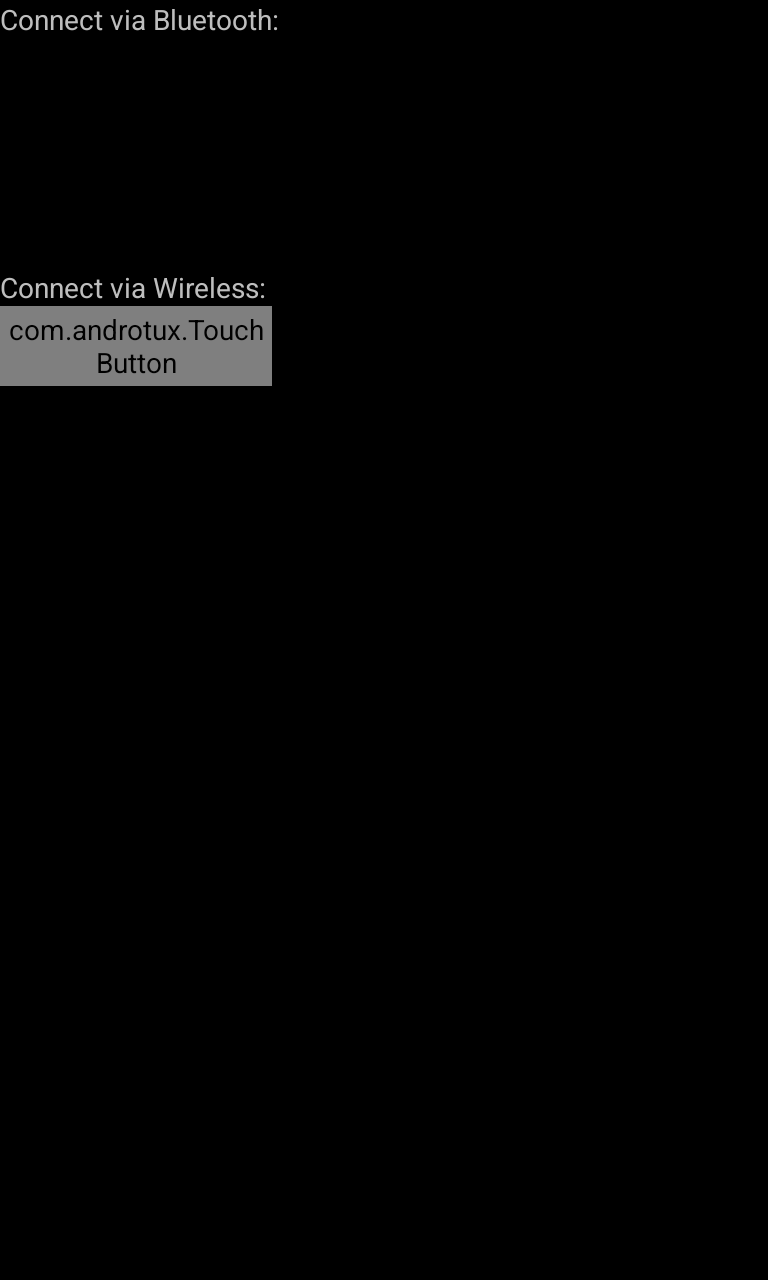
Repository: itayrom/androtux
Layout: app/AndroTux/res/layout/fragment_settings.xml
These files come from the project's save history. The layout is drawn as it stood at one moment and after the next save; the edit follows.
Pictures or frames that could not be fetched are drawn as grey boxes. It is drawn on a 768 x 1280 px phone screen (xhdpi) without system bars, with theme android:Theme.NoTitleBar.Fullscreen; the app's code is not run. Lists and similar views that code fills are empty.

Above is the layout before, as saved 2014-09-04 23:06:02.

### app/AndroTux/res/layout/fragment_settings.xml
<!--
  Android Remote for Tux (AndroTux)
  Copyright (C) 2014 Itay Rom <1t4yr0m@gmail.com> Tal Sabo <tal.sabo@gmail.com>

  This program is free software: you can redistribute it and/or modify
  it under the terms of the GNU General Public License as published by
  the Free Software Foundation, either version 3 of the License, or
  (at your option) any later version.

  This program is distributed in the hope that it will be useful,
  but WITHOUT ANY WARRANTY; without even the implied warranty of
  MERCHANTABILITY or FITNESS FOR A PARTICULAR PURPOSE.  See the
  GNU General Public License for more details.

  You should have received a copy of the GNU General Public License
  along with this program.  If not, see <http://www.gnu.org/licenses/>.
-->
<LinearLayout xmlns:android="http://schemas.android.com/apk/res/android"
    android:layout_width="fill_parent"
    android:layout_height="fill_parent"
    android:orientation="vertical" >

    <TextView
        android:layout_width="fill_parent"
        android:layout_height="wrap_content"
        android:text="Connect via Bluetooth:"/>

    <ListView
        android:id="@+id/lvPaired"
        android:layout_width="match_parent"
        android:layout_height="100dp">
    </ListView>

    <TextView
        android:layout_width="fill_parent"
        android:layout_height="wrap_content"
        android:layout_marginTop="15dp"
        android:text="Connect via Wireless:"/>

    <com.androtux.TouchButton
        android:id="@+id/touchButton1"
        android:layout_width="136dp"
        android:layout_height="40dp"
        android:text="Connect" />

</LinearLayout>

After the next save:
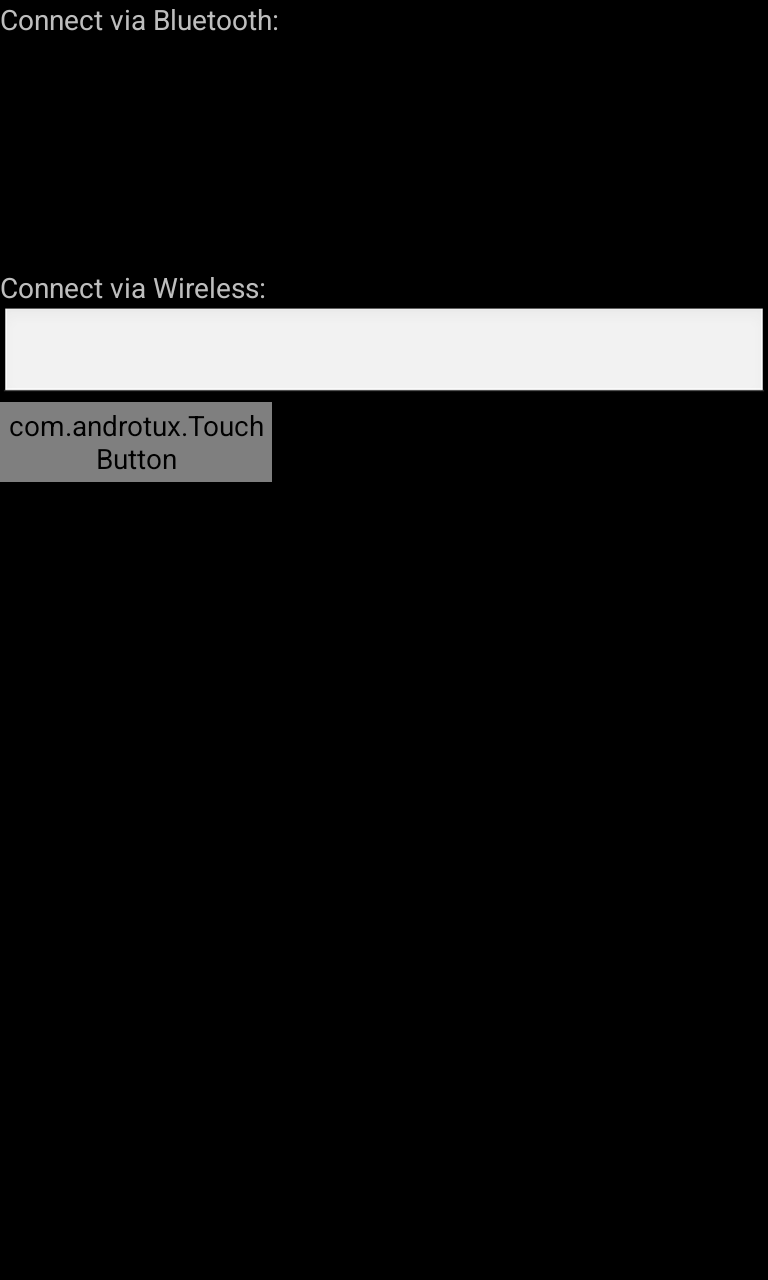
Saved 70 s later.
--- a/app/AndroTux/res/layout/fragment_settings.xml
+++ b/app/AndroTux/res/layout/fragment_settings.xml
@@ -37,6 +37,13 @@
         android:layout_marginTop="15dp"
         android:text="Connect via Wireless:"/>
 
+    <EditText
+        android:id="@+id/editText1"
+        android:layout_width="match_parent"
+        android:layout_height="wrap_content"
+        android:ems="10" />
+
+
     <com.androtux.TouchButton
         android:id="@+id/touchButton1"
         android:layout_width="136dp"
